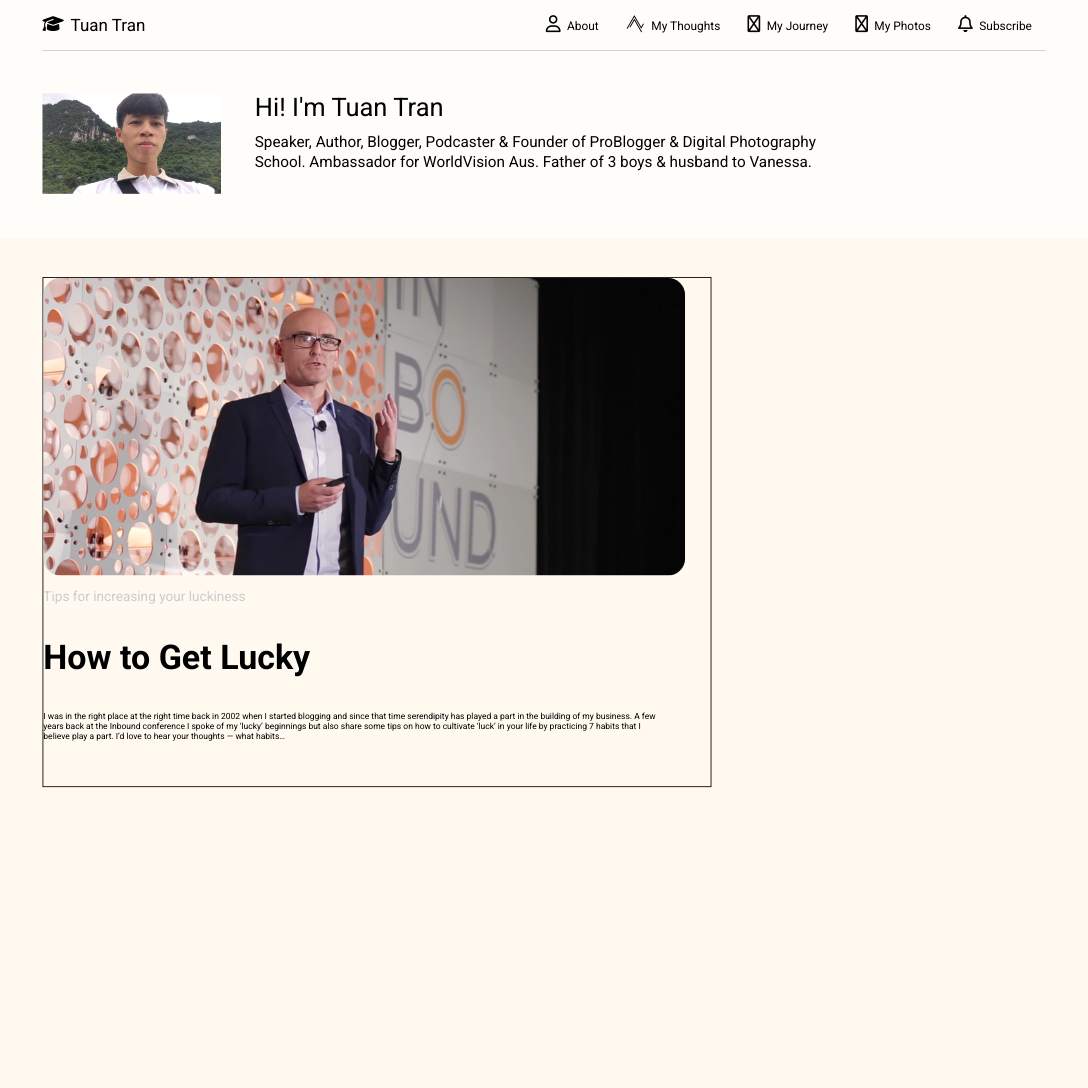
Repository: TranDinhTuann/Blog-Demo
Page: index.html
The author's editor kept a copy of each file at every save. The page is drawn from the files as they stood at one save, then again after the next save.
The browser window is 1280 px wide. The pictures show the whole page, at 85% of full size.

Above is the page before, as saved 2023-03-22 20:29:43.

### index.html
<!DOCTYPE html>
<html lang="en">
<head>
    <meta charset="UTF-8">
    <meta http-equiv="X-UA-Compatible" content="IE=edge">
    <meta name="viewport" content="width=device-width, initial-scale=1.0">
    <title>Blog của Tuấn</title>
    <link rel="stylesheet" href="./assets/css/base.css">
    <link rel="stylesheet" href="./assets/css/main.css">
    <link rel="stylesheet" href="https://cdnjs.cloudflare.com/ajax/libs/normalize/8.0.1/normalize.min.css">
    <link rel="stylesheet" href="./assets/fonts/fontawesome-free-6.2.1-web/css/all.min.css">
    <link rel="preconnect" href="https://fonts.googleapis.com"><link rel="preconnect" href="https://fonts.gstatic.com" crossorigin><link href="https://fonts.googleapis.com/css2?family=Roboto:wght@300;400;500;700&display=swap" rel="stylesheet">
</head>
<body>
    <div class="app">
        <div class="header">
            <nav class="navbar">
                <a class="navbar__head">
                    <i class="navbar__head-icon fa-solid fa-graduation-cap"></i>
                    <div class="navbar__name">Tuan Tran</div>
                </a>

                <ul class="navbar__list">
                    <li class="navbar__list-item">
                        <a href="" class="navbar__list-item-link">
                            <i class="navbar__list-item-icon fa-regular fa-user"></i>
                            <span class="navbar__list-item-text">About</span>
                        </a>
                    </li>
                    <li class="navbar__list-item">
                        <a href="" class="navbar__list-item-link">
                            <i class="navbar__list-item-icon fa-brands fa-think-peaks"></i>
                            <span class="navbar__list-item-text">My Thoughts</span>
                        </a>
                    </li>
                    <li class="navbar__list-item">
                        <a href="" class="navbar__list-item-link">
                            <i class="navbar__list-item-icon fa-regular fa-location-dot"></i>
                            <span class="navbar__list-item-text">My Journey</span>
                        </a>
                    </li>
                    <li class="navbar__list-item">
                        <a href="" class="navbar__list-item-link">
                            <i class="navbar__list-item-icon fa-sharp fa-regular fa-camera-retro"></i>
                            <span class="navbar__list-item-text">My Photos</span>
                        </a>
                    </li>
                    <li class="navbar__list-item">
                        <a href="" class="navbar__list-item-link">
                            <i class="navbar__list-item-icon fa-regular fa-bell"></i>
                            <span class="navbar__list-item-text">Subscribe</span>
                        </a>
                    </li>
                </ul>
            </nav>

            <div class="intro">
                <div class="intro__img">
                    <img src="./assets/img/logo.JPG" alt="" class="intro__img-image">
                </div>
                <div class="intro__text">
                    <div class="intro__head">Hi! I'm Tuan Tran </div>
                    <div class="intro__des">Speaker, Author, Blogger, Podcaster & Founder of ProBlogger & Digital Photography School. Ambassador for WorldVision Aus. Father of 3 boys & husband to Vanessa.</div>
                </div>
            </div>
        </div>

        <div class="grid">
            <div class="grid1">
                <div class="content">
                    <div class="columns">
                        <div class="img-human">
                            <img class="img-ong" src="./assets/img/slider/human1.png" alt="">
                        </div>
                        <div class="column-text">
                            <p class="des">Tips for increasing your luckiness</p>
                            <h3 class="heading">How to Get Lucky</h3>
                            <div class="sub-heading">I was in the right place at the right time back in 2002 when I started blogging and since that time serendipity has played a part in the building of my business. A few years back at the Inbound conference I spoke of my ‘lucky’ beginnings but also share some tips on how to cultivate ‘luck’ in your life by practicing 7 habits that I believe play a part. I’d love to hear your thoughts — what habits…</div>
                        </div>
                    </div>
                </div>

                <div class="sitebar">

                </div>
            </div>
        </div>

        <footer class="footer">

        </footer>
    </div>
</body>
</html>

### assets/css/base.css
:root {
    --white-color: #fff;
    --black-color: #000;
    --text-color: #333;
    --primary-color: #fff9ef;
    --header-primary-color: rgb(255, 253, 249);
}

* {
    box-sizing: inherit;
}

html {
    /* hack */
    font-size: 62.5%;
    line-height: 1.6rem;
    font-family: 'Roboto', sans-serif;
    box-sizing: border-box;
}

@keyframes fadeIn {
    from{
        opacity: 0;
    }
    to{
        opacity: 1;
    }
}

@keyframes growth {
    from{
        transform: calc(0);
    }
    to{
        transform: calc(1);
    }
}

.img-ong{
    width: 100%;
    height: 350px;
    display: block;
    border-radius: 20px;
}
.img-human{
    margin-right: 30px;
    height: 350px;
    display: block;
}

### assets/css/main.css
.app{
    height: 1000px;
    background-color: rgb(255, 253, 249);
}

.header{
    height: 280px;
    margin: 0 50px;
}

.navbar{
    height: 60px;
    border-bottom: 1px solid #ccc;
    display: flex;
    align-items: center;
    justify-content: space-between;
}

.navbar__head-icon {
    font-size: 2rem;
    margin-right: 8px;
}

.navbar__name {
    font-size: 2rem;

}

.navbar__head {
    display: flex;
}

.navbar__head:hover {
    cursor: pointer;
    opacity: 0.5;
}

.navbar__list {
    display: flex;
    list-style: none;
    font-size: 1.4rem;
}

.navbar__list-item {
    padding: 0 16px;
    line-height: 60px;
}

.navbar__list-item:hover {
    cursor: pointer;
    opacity: 0.5;
}

.navbar__list-item-link {
    color: #000;
    text-decoration: none;
}

.navbar__list-item-icon{
    font-size: 2rem;
    padding-right: 4px;
}


.intro {
    display: flex;
    margin-top: 50px;
}

.intro__img {
    width: 30%;
    height: 50px;
}

.intro__img-image {
    width: 100%;
    background-size:cover;
}

.intro__text{
    padding-left: 40px;
}

.intro__head {
    font-size: 3rem;
}

.intro__des {
    font-size: 1.8rem;
    padding: 10px 250px 0 0;
    line-height: 2.4rem;
}


/* Grid */
.grid {
    background-color: rgb(255, 249, 239);
    height: 1000px;
    /* display: flex; */
}
.grid1  {
    margin: 0 50px;
    display: flex;
    padding-top: 46px;
}
.content {
    border: 1px solid #000;
    height: 600px;
    flex: 2;
}
.sitebar {
    flex: 1;
}

.column-text{
    padding: 0 50px 0 0;
}
.des{
    font-size: 16px;
    color: #ccc;
}
.heading {
    font-size: 40px;
}

Loaded but not shown: assets/fonts/fontawesome-free-6.2.1-web/css/all.min.css (library)

After the next save:
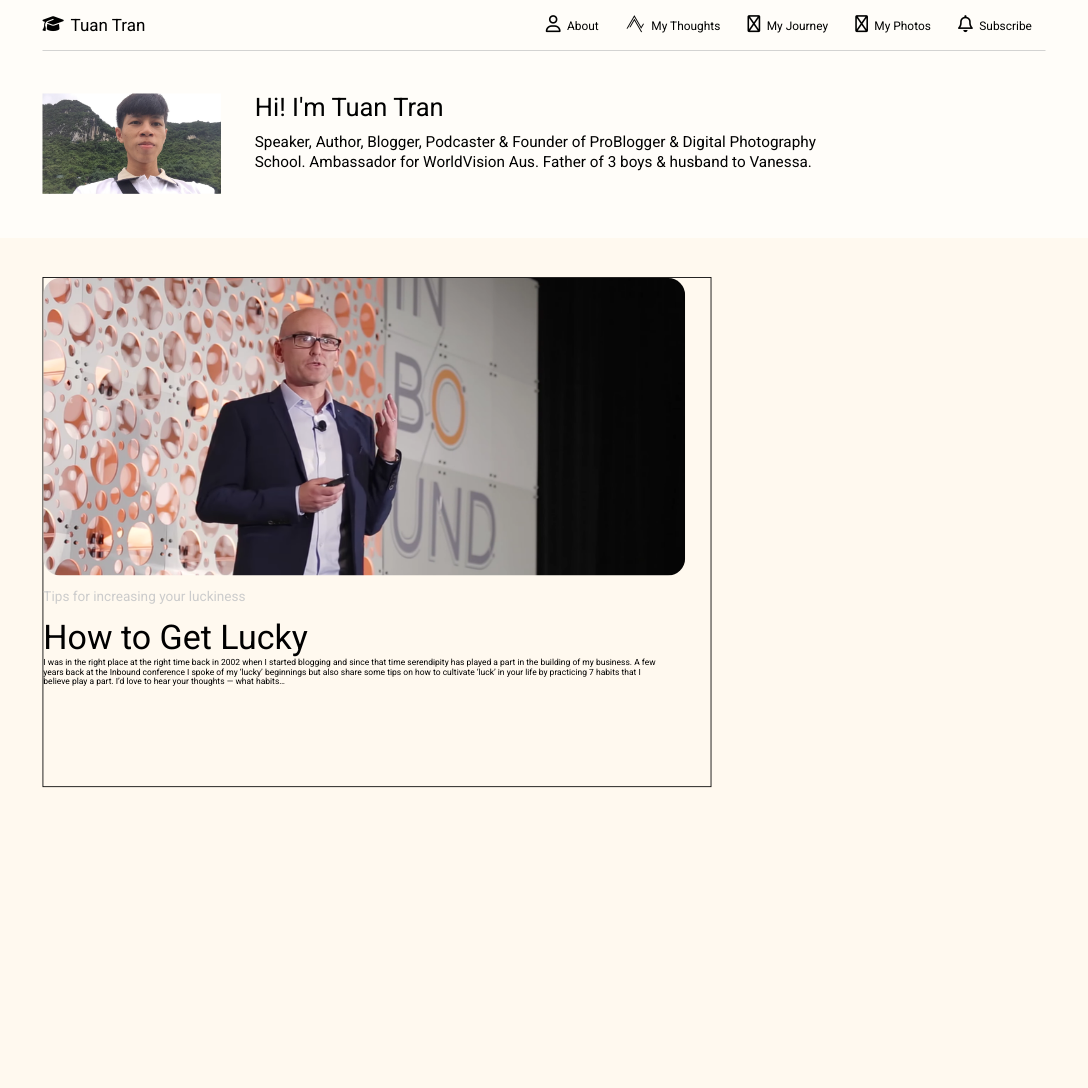
Saved 11 s later.
--- a/index.html
+++ b/index.html
@@ -74,7 +74,7 @@
                         </div>
                         <div class="column-text">
                             <p class="des">Tips for increasing your luckiness</p>
-                            <h3 class="heading">How to Get Lucky</h3>
+                            <div class="heading">How to Get Lucky</div>
                             <div class="sub-heading">I was in the right place at the right time back in 2002 when I started blogging and since that time serendipity has played a part in the building of my business. A few years back at the Inbound conference I spoke of my ‘lucky’ beginnings but also share some tips on how to cultivate ‘luck’ in your life by practicing 7 habits that I believe play a part. I’d love to hear your thoughts — what habits…</div>
                         </div>
                     </div>
